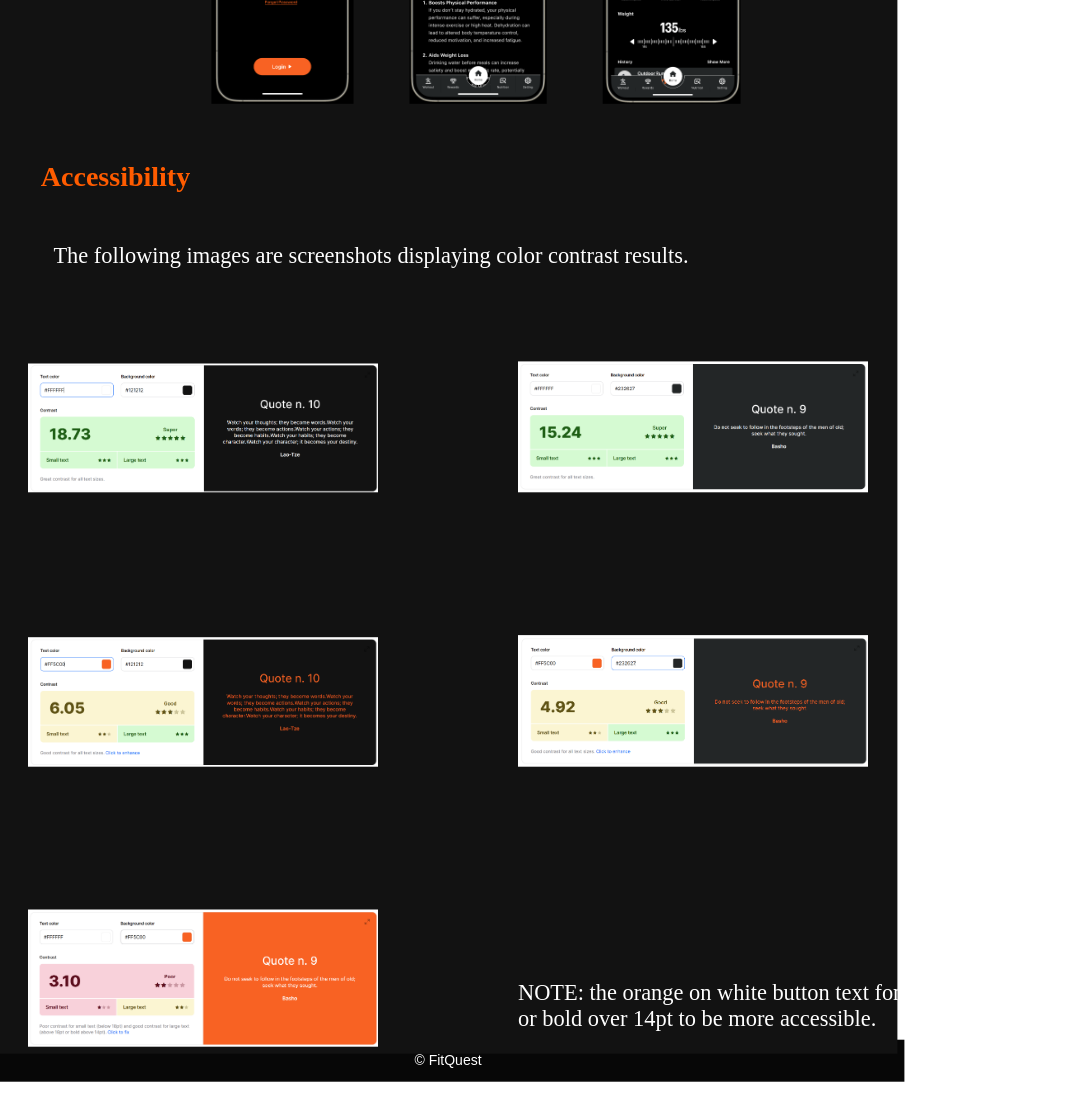
Repository: KyannaKrueger/a5styleguide
Page: /colors
These files come from the project's save history. The page is drawn as it stood at one moment and after the next save; the edit follows.
The browser window is 1280 px wide. The page is 1540 px wide, so the pictures cover 1540 px, including what lies to the right of the window. The pictures show the part of the page from y = 2775 to 4375 px (the page is 4375 px tall), at 70% of full size.
The project was rebuilt for these pictures with package versions that can differ from the ones it lists, and the page was loaded fresh each time. The framework's server and built-in components were replaced by stand-ins that run in the browser. Also part of the build but not shown: next.config.mjs.

Above is the page before, as saved 2024-04-09 12:23:11.

After the next save:
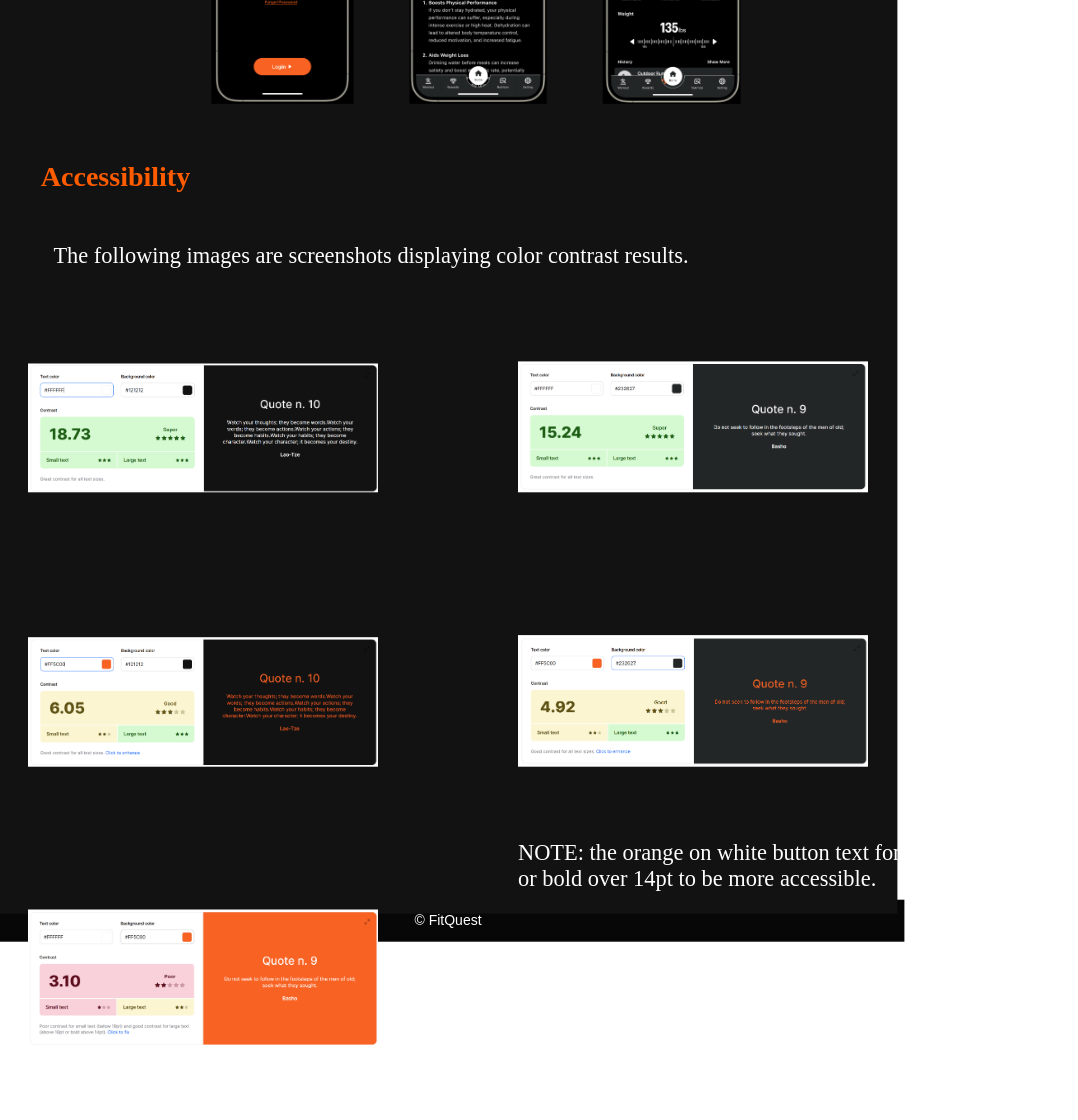
Saved 8 s later.
--- a/styles/colors.module.css
+++ b/styles/colors.module.css
@@ -134,6 +134,6 @@
 .accessibleP {
   color:#fff;
   margin-left: 800px;
-  margin-top: -200px;
+  margin-top: -400px;
   font-size: 32px;
 }
